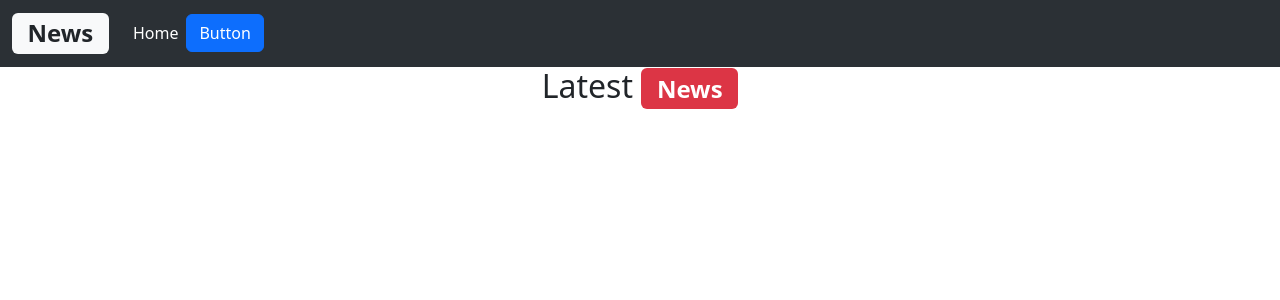
Repository: sshaiv/News_app
Page: /signup
These files come from the project's save history. The page is drawn as it stood at one moment and after the next save; the edit follows.
The browser window is 1280 px wide. The pictures show the whole page.
The page's requests for data from a server got no answer. The project was rebuilt for these pictures with package versions that can differ from the ones it lists, and the page was loaded fresh each time. No one was signed in, and anything a server would have sent is missing. Also part of the build but not shown: vite.config.js, src/Components/NewsItem.jsx, src/index.css.

Above is the page before, as saved 2024-07-15 12:14:29.

### index.html
<!doctype html>
<html lang="en">
  <head>
    <meta charset="UTF-8" />

    <meta name="viewport" content="width=device-width, initial-scale=1.0" />
    <title>News Mag</title>
    <link href="https://cdn.jsdelivr.net/npm/bootstrap@5.3.3/dist/css/bootstrap.min.css" rel="stylesheet" integrity="sha384-QWTKZyjpPEjISv5WaRU9OFeRpok6YctnYmDr5pNlyT2bRjXh0JMhjY6hW+ALEwIH" crossorigin="anonymous">
  </head>
  <body>
    <div id="root"></div>
    <script type="module" src="/src/main.jsx"></script>
    <script src="https://cdn.jsdelivr.net/npm/bootstrap@5.3.3/dist/js/bootstrap.bundle.min.js" integrity="sha384-YvpcrYf0tY3lHB60NNkmXc5s9fDVZLESaAA55NDzOxhy9GkcIdslK1eN7N6jIeHz" crossorigin="anonymous"></script>
  </body>
</html>

### src/App.jsx
// import React from 'react'
import Navbar from "./Components/Navbar"
import NewsBoard from "./Components/NewsBoard"
const App = () => {
  return (
    <div>
    <Navbar/>
    <NewsBoard/>


    </div>
  )
}

export default App

### src/Components/Navbar.jsx


const Navbar = () => {
  return (
    <div>
      <nav className="navbar navbar-expand-lg bg-body-tertiary" data-bs-theme="dark">
  <div className="container-fluid">
    <a className="navbar-brand" href="#"> <span className="badge bg-light  text-dark fs-4">News</span> </a>
    <button className="navbar-toggler" type="button" data-bs-toggle="collapse" data-bs-target="#navbarNav" aria-controls="navbarNav" aria-expanded="false" aria-label="Toggle navigation">
      <span className="navbar-toggler-icon"></span>
    </button>
    <div className="collapse navbar-collapse" id="navbarNav">
      <ul className="navbar-nav">
        <li className="nav-item">
          <a className="nav-link active" aria-current="page" href="#">Home</a>
        </li>
      </ul>
      <div class="d-grid gap-2 d-md-flex justify-content-md-end">
  <button class="btn btn-primary me-md-2" type="button">Button</button>
</div>
    </div>


  </div>
</nav>
    </div>
  )
}

export default Navbar

### src/Components/NewsBoard.jsx
import { useEffect } from "react";
import { useState } from "react"
import NewsItem from "./NewsItem";

const NewsBoard = () => {

    const [articles,setArticles]=useState([]);

useEffect(()=>{
    let url = `https://newsapi.org/v2/top-headlines?country=us&category=business&apiKey=${import.meta.env.VITE_API_KEY}`;
    fetch(url).then(response=>response.json()).then(data=>setArticles(data.articles));
},[])

  return (
    <div>
      <h2 className="text-center">Latest <span className="badge bg-danger">News</span> </h2>
    {articles.map((news,index)=>{
        return <NewsItem key={index} title={news.title} description={news.description} src={news.urlToImage}  url={news.url} />
    })}
    </div>
  )
}

export default NewsBoard

Loaded but not shown: src/main.jsx (common file)

After the next save:
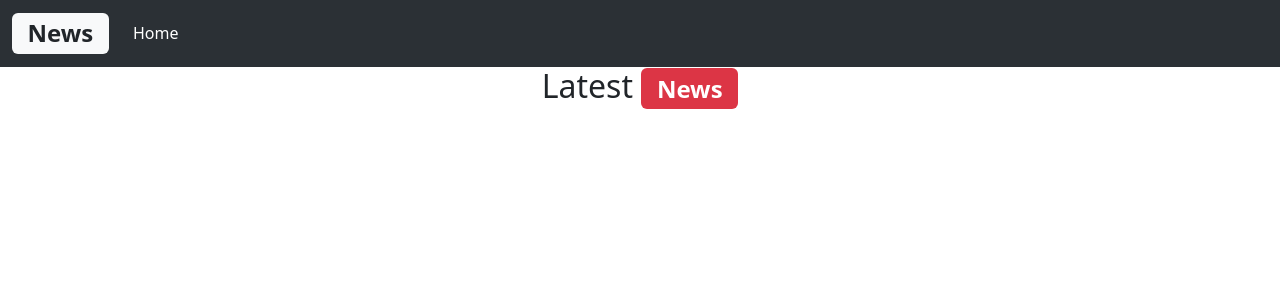
Saved 32 s later.
--- a/src/Components/Navbar.jsx
+++ b/src/Components/Navbar.jsx
@@ -15,9 +15,7 @@ const Navbar = () => {
           <a className="nav-link active" aria-current="page" href="#">Home</a>
         </li>
       </ul>
-      <div class="d-grid gap-2 d-md-flex justify-content-md-end">
-  <button class="btn btn-primary me-md-2" type="button">Button</button>
-</div>
+
     </div>
 
 
